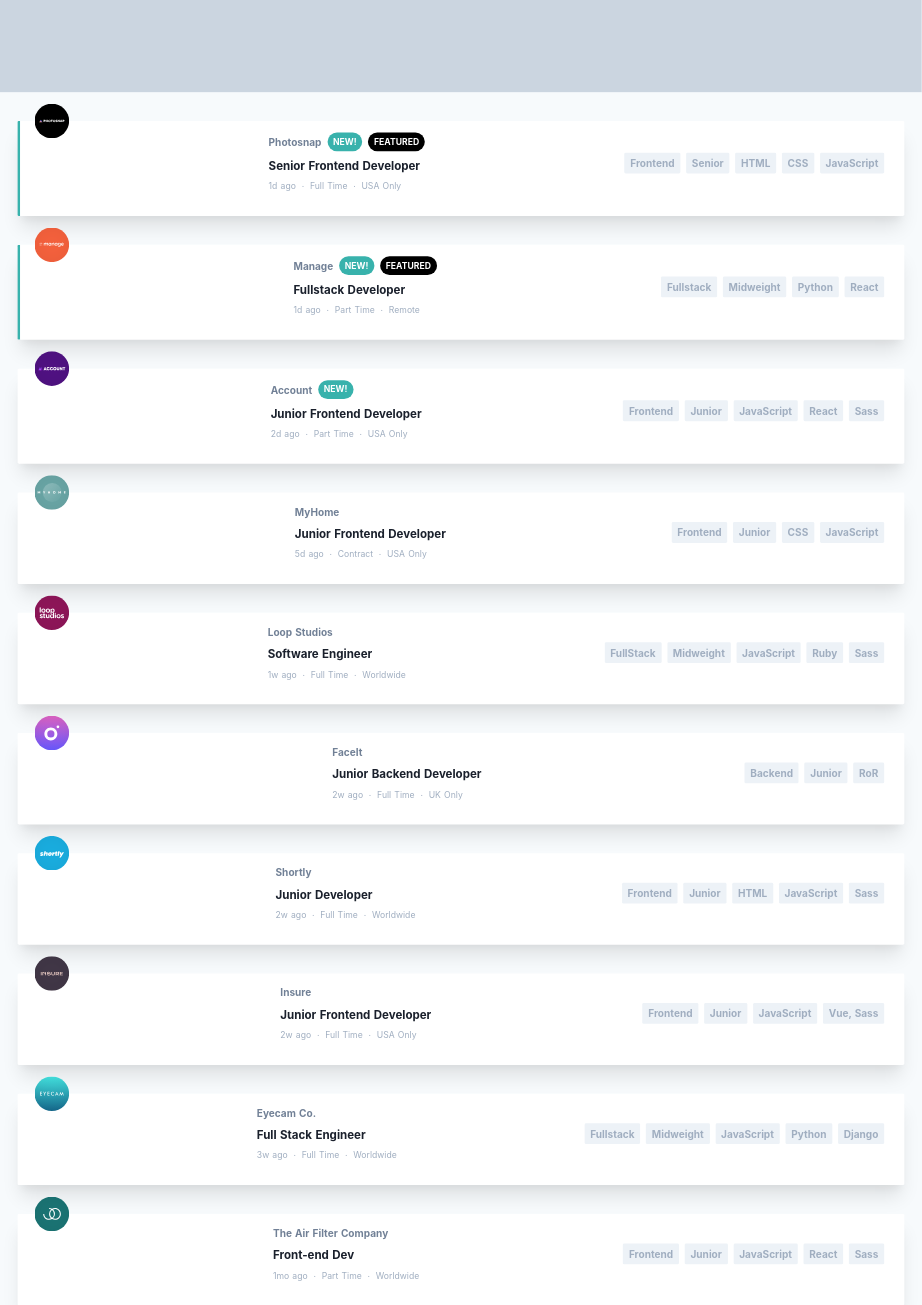
Repository: asongdon/frontendmentor-joblisting
Page: /
An editor plug-in stored every save of this project. The page is shown before and after the next save, followed by the edit.
The browser window is 1280 px wide. The pictures show the whole page, at 72% of full size.
The project was rebuilt for these pictures with package versions that can differ from the ones it lists, and the page was loaded fresh each time. The framework's server and built-in components were replaced by stand-ins that run in the browser. Also part of the build but not shown: nuxt.config.js.

Above is the page before, as saved 2020-04-12 22:32:33.

After the next save:
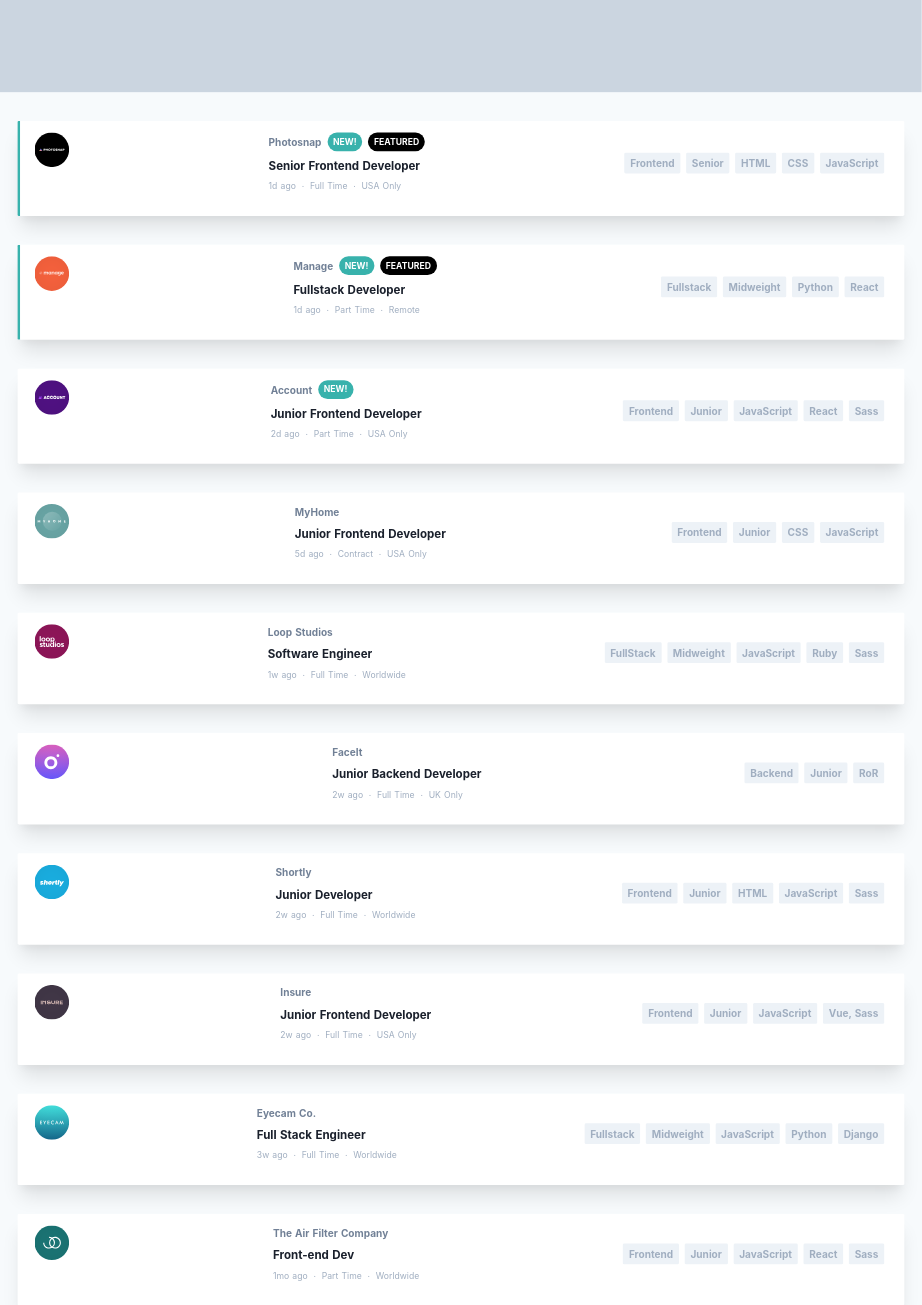
Saved 36 s later.
--- a/components/Maincard.vue
+++ b/components/Maincard.vue
@@ -4,7 +4,7 @@
     :class="{ 'border-l-4': featured, 'border-teal-500': featured }"
   >
     <!-- Logo -->
-    <div class="-mt-10 mb-2">
+    <div class="-mt-10 mb-2 lg:mt-0 lg:mb-0">
       <img class="w-12" :src="'/logos/' + logo" alt="" />
     </div>
     <!-- End Logo -->
